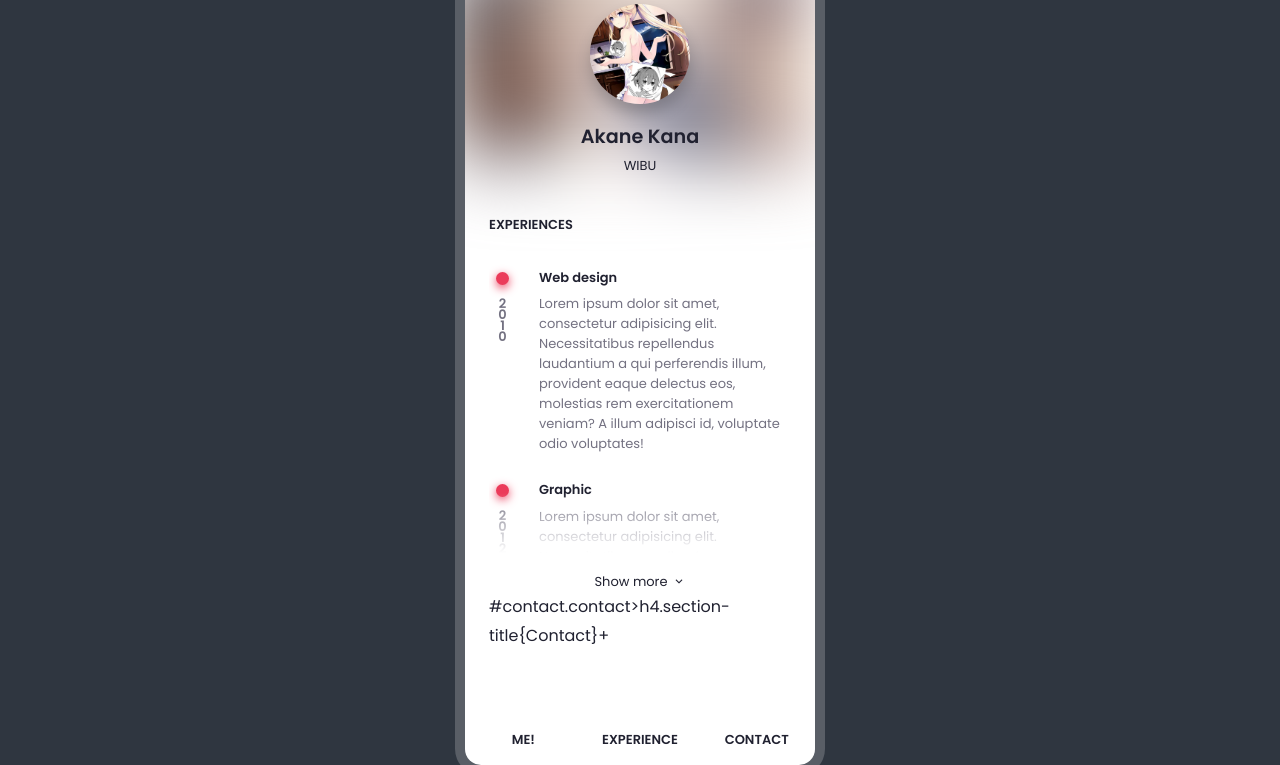
Repository: AkaneKana/AkaneKana
Page: index.html
The author's editor kept a copy of each file at every save. The page is drawn from the files as they stood at one save, then again after a run of saves.
The browser window is 1280 px wide. The pictures show the whole page.
Some web libraries are served in a nearby version.

Above is the page before, as saved 2023-05-19 16:57:26.

### index.html
<!DOCTYPE html>
<html lang="en">
<head>
  <meta charset="UTF-8">
  <meta http-equiv="X-UA-Compatible" content="IE=edge">
  <meta name="viewport" content="width=device-width, initial-scale=1.0">
  <title>Profle Card</title>
  <link rel="stylesheet" href="style.css">
  <link href="https://cdn.jsdelivr.net/npm/remixicon@3.2.0/fonts/remixicon.css" rel="stylesheet">
</head>
<body>
  <div id="page" class="site">
    <div class="container">
      <div class="card">
        <header>
          <div class="thumbnail">
            <img src="assets/image.jpg" alt="">
          </div>
          <div class="meta">
            <h3>Akane Kana</h3>
            <h4>Wibu</h4>
          </div>
        </header>
        <section>
          <div id="me" class="me">
            <h4 class="section-title">About me</h4>
            <p>Lorem ipsum dolor sit amet consectetur, adipisicing elit. Alias numquam in eligendi quibusdam debitis excepturi architecto porro! Qui, iusto aliquam. Est iusto tenetur velit ab iste modi aliquid incidunt ea?</p>
            <div class="socials">
              <ul>
                <li><a href="#"><i class="ri-facebook-fill"></i></a></li>
                <li><a href="#"><i class="ri-discord-fill"></i></a></li>
                <li><a href="#"><i class="ri-github-fill"></i></a></li>
              </ul>
            </div>
          </div>

          <div id="roadmap" class="roadmap active">
            <h4 class="section-title">Experiences</h4>
            <input type="checkbox" id="showmore">
            <label for="showmore">
             <span>Show more <i class="ri-arrow-down-s-line"></i></span>
             <span>Show less <i class="ri-arrow-up-s-line"></i></span>
            </label>

            <ul>
              <li>
                <span>2010</span>
                <div class="section-title">Web design</div>
                <p>Lorem ipsum dolor sit amet, consectetur adipisicing elit. Necessitatibus repellendus laudantium a qui perferendis illum, provident eaque delectus eos, molestias rem exercitationem veniam? A illum adipisci id, voluptate odio voluptates!</p>
              </li>
              <li>
                <span>2012</span>
                <div class="section-title">Graphic</div>
                <p>Lorem ipsum dolor sit amet, consectetur adipisicing elit. Necessitatibus repellendus laudantium a qui perferendis illum, provident eaque delectus eos, molestias rem exercitationem veniam? A illum adipisci id, voluptate odio voluptates!</p>
              </li>
              <li>
                <span>2016</span>
                <div class="section-title">Google design</div>
                <p>Lorem ipsum dolor sit amet, consectetur adipisicing elit. Necessitatibus repellendus laudantium a qui perferendis illum, provident eaque delectus eos, molestias rem exercitationem veniam? A illum adipisci id, voluptate odio voluptates!</p>
              </li>
            </ul>
          </div>

          #contact.contact>h4.section-title{Contact}+
        </section>
        <footer>
          <nav>
            <a href="#">Me!</a>
            <a href="#">Experience</a>
            <a href="#">Contact</a>
            <span></span>
          </nav>
        </footer>
      </div>
    </div>
  </div>

  <script src="script.js"></script>
</body>
</html>

### style.css
@import url('https://fonts.googleapis.com/css2?family=Poppins:wght@400;600;800&display=swap');
:root{
  --primary-color: #eb3b5a;
  --white-color: #ffffff;
  --light-color: #ced6e0;
  --grey-color: #737181;
  --dark-color: #202130;

  --shadow: 0 10px 10px -8px;
}

*{
  margin: 0;
  padding: 0;
}

*,::before,::after {
  box-sizing: border-box;
}

body{
  font-family: 'Poppins';
  font-size: 16px;
  font-weight: 400;
  line-height: 1.8;
  color: var(--dark-color);
  background-color: #2f3640;
}

a {
  text-decoration: none;
  color: inherit;
}

ul{
  list-style: none;
}

img{
  max-width: 100%;
  vertical-align: middle;
}

.site{
  display: flex;
  align-items: center;
  justify-content: center;
  height: 100vh;
}

.container{
  max-width: 1024px;
  padding: 0 2em;
  margin: 0 auto;
}

.card{
  max-width: 350px;
  background-color: var(--white-color);
  border-radius: 1em;
  box-shadow: 0 0 0 10px rgb(255 255 255 /20%);
  overflow: hidden;
}

.card header {
  position: relative;
  height: 225px;
  padding-top: 3em;
  margin-bottom: 2em;
}

.card header::before {
  content: '';
  position: absolute;
  top: 0;
  left: 0;
  background: url(assets/image.jpg);
  background-size: cover;
  width: 100%;
  height: 200px;
  z-index: 0;
  filter: blur(40px);
}

.card header > * {
  position: relative;
  left: 50%;
  transform: translateX(-50%);
}

.card header .meta {
  text-align: center;
  margin-top: 1em;
  width: max-content;
}

.card header h3 {
  font-size: 1.2em;
  font-weight: 600;
}

.card header h4 {
  font-size: 0.813em;
  font-weight: 400;
  text-transform: uppercase;
}

.card .thumbnail {
  width: 100px;
  height: 100px;
}

.card .thumbnail img {
  object-fit: cover;
  width: 100%;
  height: 100%;
  border-radius: 50%;
  box-shadow: 0 10px 15px rgb(0 0 0 /20%);
}

.card section {
  padding: 0 1.5em;
}

.card section h4 {
  text-transform: uppercase;
}

.card .section-title {
  font-size: 0.813em;
  font-weight: 600;
  margin-bottom: 0.5em;
}

.card section p {
  font-size: 0.813em;
  color: var(--grey-color);
  margin-bottom: 2em;
}

.card .socials ul {
  display: flex;
  gap: 1em;
}

.card .socials ul li a {
  position: relative;
  width: 36px;
  height: 36px;
  border: 1px solid var(--light-color);
  border-radius: 50%;
  display: flex;
  align-items: center;
  justify-content: center;
  transition: border .3s, color .3s, backgound-color .3s;
}

.card .socials ul li:nth-child(1) a {
  box-shadow: var(--shadow) #1877f2;
}
.card .socials ul li:nth-child(2) a {
  box-shadow: var(--shadow) #c32aa3;
}
.card .socials ul li:nth-child(3) a {
  box-shadow: var(--shadow) #1da1f2;
}

.card .socials ul li:nth-child(1) a:hover {
  background-color: #1877f2;
}
.card .socials ul li:nth-child(2) a:hover {
  background-color: #c32aa3;
}
.card .socials ul li:nth-child(3) a:hover {
  background-color: #1da1f2;
}

.card .socials ul li a:hover {
  border-color: transparent;
  color: var(--white-color);
}

.card footer nav {
  position: relative;
  display: flex;
  justify-content: space-between;
  width: 100%;
  height: 50px;
  margin-top: 4em;
}

.card footer nav a {
  position: relative;
  font-size: 0.813em;
  font-weight: 600;
  text-transform: uppercase;
  width: 100%;
  height: 100%;
  display: flex;
  align-items: center;
  justify-content: center;
  z-index: 10;
}

.card footer nav span {
  position: absolute;
  top: 10px;
  left: 0;
  width: 33.3333%;
  height: 30px;
  background: linear-gradient(135deg, #03001e #7303c0 #ec38bc, #fdeff9);
  filter: blur(15px);
  transition: left .3s;
}

.card footer nav a.active {
  color: var(--white-color);
}

.card footer nav a.active:nth-child(2) ~ span {
  left: 33.3333%;
}

.card footer nav a.active:nth-child(3) ~ span {
  left: calc(33.3333% * 2);
}

section > div {
  display: none;
}
section > div.active {
  display: block;
}

/*roadmap*/
.card .roadmap {
  position: relative;
  overflow: hidden;
}
.card .roadmap ul {
  margin-top: 2em;
  height: 325px;
  padding-bottom: 2em;
  transition: height .3s;
}
.card .roadmap ul li {
  position: relative;
  padding-left: 50px;
  min-height: 90px;
  margin-bottom: 1em;
  line-height: normal;
}

.card .roadmap ul li::before {
  content: '';
  position: absolute;
  top: 4px;
  left: 7px;
  width: 13px;
  height: 13px;
  background-color: var(--primary-color);
  border-radius: 50%;
  box-shadow: 0 3px 10px 0 var(--primary-color);
}

.card .roadmap ul li span {
  position: absolute;
  top: 26px;
  left: 3px;
  writing-mode: vertical-lr;
  text-orientation: upright;
  font-size: 0.813em;
  font-weight: 600;
  color: var(--grey-color);
  letter-spacing: -8px;
}

.card .roadmap input {
  display: none;
}

.card .roadmap label {
  position: absolute;
  bottom: 0;
  left: 0;
  right: 0;
  height: 100px;
  cursor: pointer;
  z-index: 10;
}

.card .roadmap label::before {
  content: '';
  position: absolute;
  top: 0;
  left: 0;
  width: 100%;
  height: 100%;
  background: linear-gradient(0deg, var(--white-color) 40%, rgba(255, 255, 255, 0) 100%);
  z-index: -1;
}

.card .roadmap label span {
  font-size: 0.813em;
  display: flex;
  justify-content: center;
  gap: 5px;
  height: 100%;
  align-items: flex-end;
}

.card .roadmap label span:last-child,
.card .roadmap input:checked ~label span:first-child {
  display: none;
}

.card .roadmap input:checked ~label span:last-child {
  display: flex;
}

.card .roadmap input:checked ~ ul {
  overflow: auto;
  height: 450px;
  padding-bottom: 4em;
}

Loaded but not shown: script.js (no copy from this time; the picture is the same without it)

After the next 5 saves:
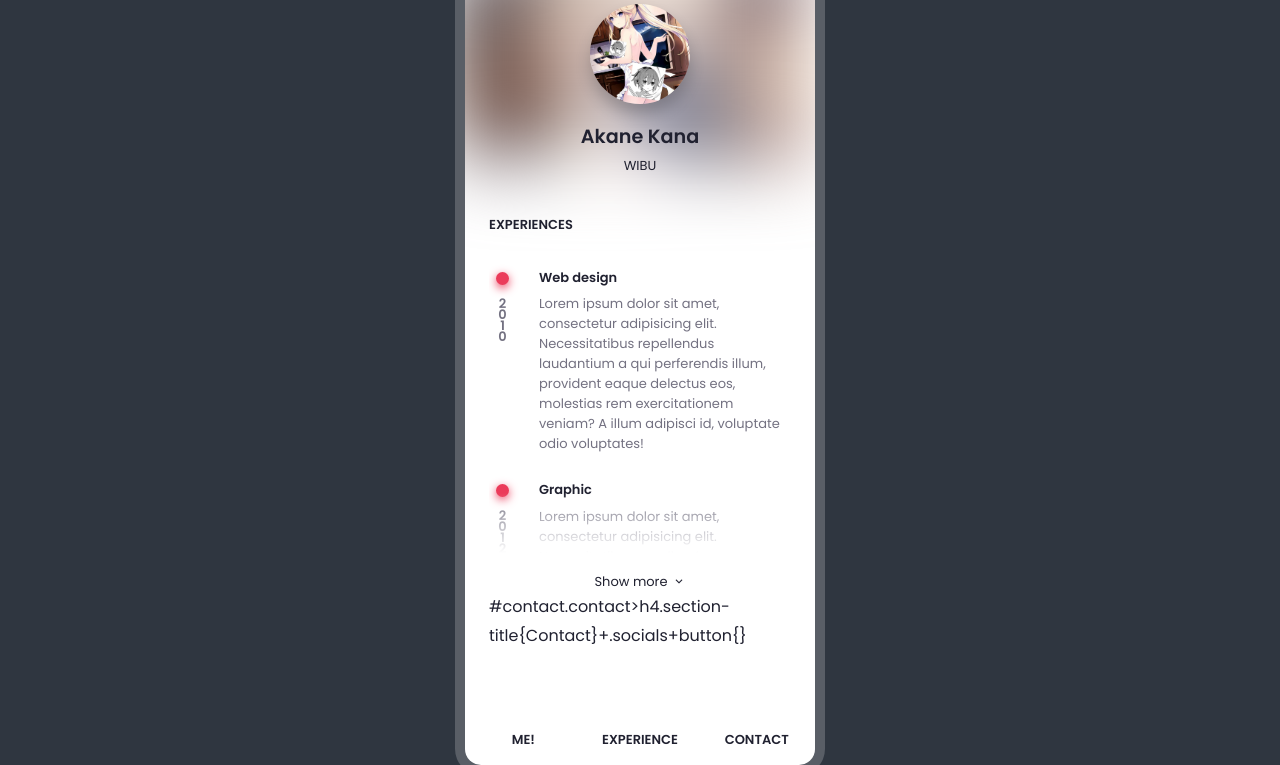
The 5 saves are shown as one change because they came seconds apart.
The last was saved 12 s later.
--- a/index.html
+++ b/index.html
@@ -61,7 +61,7 @@
             </ul>
           </div>
 
-          #contact.contact>h4.section-title{Contact}+
+          #contact.contact>h4.section-title{Contact}+.socials+button{}
         </section>
         <footer>
           <nav>
